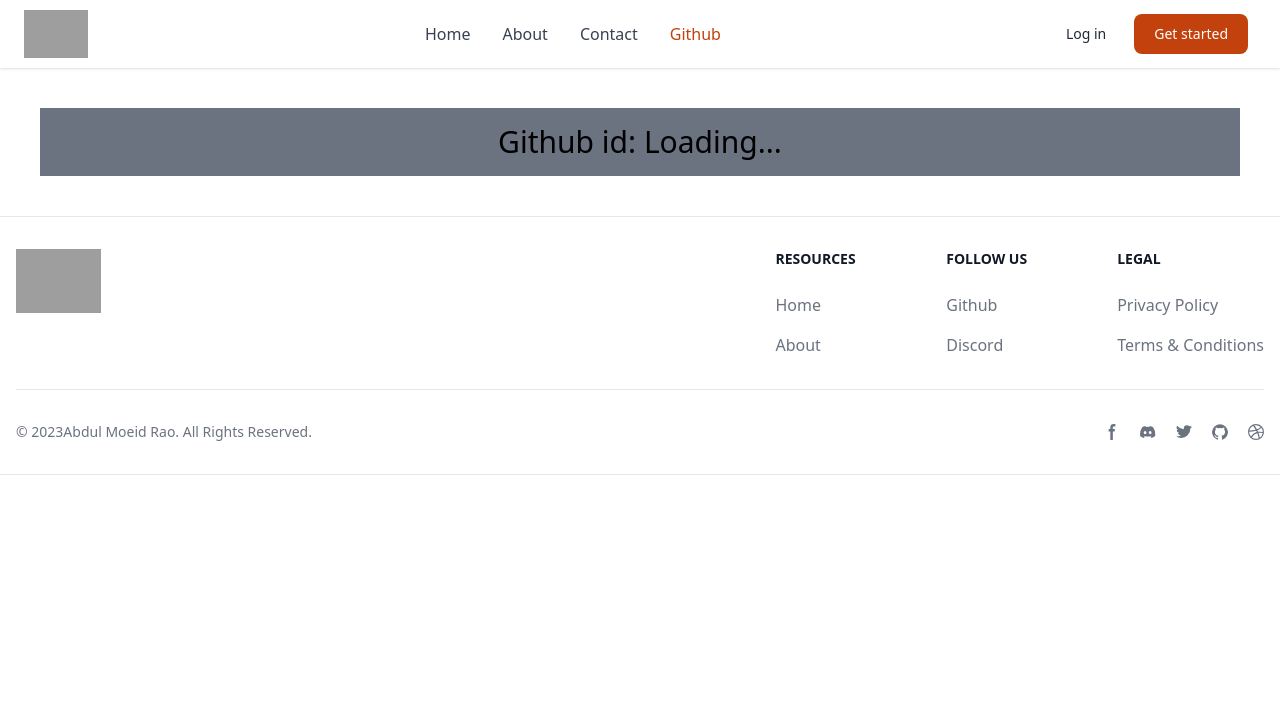
Repository: Abdul-Moeid-Rao/React-Projects
Page: /github (app in 07routerproject/)
These files come from the project's save history. The page is drawn as it stood at one moment and after the next save; the edit follows.
The browser window is 1280 px wide. The pictures show the whole page.
Pictures or frames that could not be fetched are drawn as grey boxes. The page's requests for data from a server got no answer. The project was rebuilt for these pictures with package versions that can differ from the ones it lists, and the page was loaded fresh each time. No one was signed in, and anything a server would have sent is missing. Also part of the build but not shown: 07routerproject/vite.config.js, 07routerproject/src/Components/Home/Home.jsx, 07routerproject/src/Components/About/About.jsx, 07routerproject/src/Components/Contact/Contact.jsx, 07routerproject/src/Components/User/User.jsx.

Above is the page before, as saved 2024-07-18 22:19:42.

### 07routerproject/src/main.jsx
import React from 'react'
import ReactDOM from 'react-dom/client'
import App from './App.jsx'
import './index.css'
import { createBrowserRouter, RouterProvider } from 'react-router-dom'
import Home from './Components/Home/Home.jsx'
import About from './Components/About/About.jsx'
import Contact from './Components/Contact/Contact.jsx'
import User from './Components/User/User.jsx'
import Github from './Components/Github/Github.jsx'

const router = createBrowserRouter([
  {
    path: '/',
    element: <App />,
    children: [
      {
        path: '',
        element: <Home />
      },
      {
        path: 'about',
        element: <About />
      },
      {
        path: 'contact',
        element: <Contact />
      },
      {
        path: 'user/:id',
        element: <User />
      },
      {
        path: '/github',
        element: <Github />
      }
    ]
  }
])

// const router = createBrowserRouter(
//   createRoutesFromElements(
//     <Router path ='/' element={<App />}>
//       <Router path='' element={<Home /> } />
//       <Router path='about' element={<About /> } />
//       <Router path='contact' element={<Contact /> } />

//     </Router>
//   )
// )

ReactDOM.createRoot(document.getElementById('root')).render(
  <React.StrictMode>
   <RouterProvider router={router}/>
  </React.StrictMode>,
)

### 07routerproject/src/App.jsx
// eslint-disable-next-line no-unused-vars
import React from 'react'
import Header from './Components/Header/Header'
import Footer from './Components/Footer/Footer'
import { Outlet } from 'react-router-dom'

function App() {


  return (
    <>
       <Header />
       <Outlet />
       <Footer />

    </>
  )
}

export default App

### 07routerproject/src/Components/Github/Github.jsx
// eslint-disable-next-line no-unused-vars
import React, { useEffect, useState } from 'react'

function Github() {
    const [data, setData] = useState([])
    useEffect (()=>{
         fetch('https://api.github.com/users/Abdul-Moeid-Rao')
         .then(response => response.json())
         .then(data => {
            setData(data)
         })
    }, [])
    return (
        <div className=' bg-gray-500 p-4 m-10 justify-center text-center text-3xl'>Github id: {data.id !== undefined ? data.id : 'Loading...'}
        </div>
    )
}

export default Github

### 07routerproject/src/Components/Header/Header.jsx
// eslint-disable-next-line no-unused-vars
import React from 'react'
import {Link, NavLink} from 'react-router-dom'

export default function Header() {
    return (
        <header className="shadow sticky z-50 top-0">
            <nav className="bg-white border-gray-200 px-4 lg:px-6 py-2.5">
                <div className="flex flex-wrap justify-between items-center mx-auto max-w-screen-xl">
                    <Link to="/" className="flex items-center">
                        <img
                            src="https://alexharkness.com/wp-content/uploads/2020/06/logo-2.png"
                            className="mr-3 h-12"
                            alt="Logo"
                        />
                    </Link>
                    <div className="flex items-center lg:order-2">
                        <Link
                            to="#"
                            className="text-gray-800 hover:bg-gray-50 focus:ring-4 focus:ring-gray-300 font-medium rounded-lg text-sm px-4 lg:px-5 py-2 lg:py-2.5 mr-2 focus:outline-none"
                        >
                            Log in
                        </Link>
                        <Link
                            to="#"
                            className="text-white bg-orange-700 hover:bg-orange-800 focus:ring-4 focus:ring-orange-300 font-medium rounded-lg text-sm px-4 lg:px-5 py-2 lg:py-2.5 mr-2 focus:outline-none"
                        >
                            Get started
                        </Link>
                    </div>
                    <div
                        className="hidden justify-between items-center w-full lg:flex lg:w-auto lg:order-1"
                        id="mobile-menu-2"
                    >
                        <ul className="flex flex-col mt-4 font-medium lg:flex-row lg:space-x-8 lg:mt-0">
                            <li>
                                <NavLink
                                    to="/"
                                    className={({ isActive }) =>
                                        `block py-2 pr-4 pl-3 duration-200
                                        ${isActive ?
                                            "text-orange-700" :
                                            "text-gray-700"
                                        } border-b border-gray-100 hover:bg-gray-50 lg:hover:bg-transparent lg:border-0 hover:text-orange-700 lg:p-0`
                                    }
                                >
                                    Home
                                </NavLink>
                            </li>
                            <li>
                                <NavLink
                                    to="/about"
                                    className={({ isActive }) =>
                                        `block py-2 pr-4 pl-3 duration-200
                                        ${isActive ?
                                            "text-orange-700" :
                                            "text-gray-700"
                                        } border-b border-gray-100 hover:bg-gray-50 lg:hover:bg-transparent lg:border-0 hover:text-orange-700 lg:p-0`
                                    }
                                >
                                    About
                                </NavLink>
                            </li>
                            <li>
                                <NavLink
                                    to="/contact"
                                    className={({ isActive }) =>
                                        `block py-2 pr-4 pl-3 duration-200
                                        ${isActive ?
                                            "text-orange-700" :
                                            "text-gray-700"
                                        } border-b border-gray-100 hover:bg-gray-50 lg:hover:bg-transparent lg:border-0 hover:text-orange-700 lg:p-0`
                                    }
                                >
                                    Contact
                                </NavLink>
                            </li>
                            <li>
                                <NavLink
                                    to="/github"
                                    className={({ isActive }) =>
                                        `block py-2 pr-4 pl-3 duration-200
                                        ${isActive ?
                                            "text-orange-700" :
                                            "text-gray-700"
                                        } border-b border-gray-100 hover:bg-gray-50 lg:hover:bg-transparent lg:border-0 hover:text-orange-700 lg:p-0`
                                    }
                                >
                                    Github
                                </NavLink>
                            </li>
                        </ul>
                    </div>
                </div>
            </nav>
        </header>
    );
}

### 07routerproject/src/Components/Footer/Footer.jsx
// eslint-disable-next-line no-unused-vars
import React from 'react'
import {Link} from 'react-router-dom'

export default function Footer() {
    return (
        <footer className="bg-white border-y">
            <div className="mx-auto w-full max-w-screen-xl p-4 py-6 lg:py-8">
                <div className="md:flex md:justify-between">
                    <div className="mb-6 md:mb-0">
                        <Link to="/" className="flex items-center">
                            <img
                                src="https://alexharkness.com/wp-content/uploads/2020/06/logo-2.png"
                                className="mr-3 h-16"
                                alt="Logo"
                            />
                        </Link>
                    </div>
                    <div className="grid grid-cols-2 gap-8 sm:gap-6 sm:grid-cols-3">
                        <div>
                            <h2 className="mb-6 text-sm font-semibold text-gray-900 uppercase">Resources</h2>
                            <ul className="text-gray-500 font-medium">
                                <li className="mb-4">
                                    <Link to="/" className="hover:underline">
                                        Home
                                    </Link>
                                </li>
                                <li>
                                    <Link to="/about" className="hover:underline">
                                        About
                                    </Link>
                                </li>
                            </ul>
                        </div>
                        <div>
                            <h2 className="mb-6 text-sm font-semibold text-gray-900 uppercase">Follow us</h2>
                            <ul className="text-gray-500 font-medium">
                                <li className="mb-4">
                                    <a
                                        href="https://github.com/hiteshchoudhary"
                                        className="hover:underline"
                                        target="_blank"
                                        rel="noreferrer"
                                    >
                                        Github
                                    </a>
                                </li>
                                <li>
                                    <Link to="/" className="hover:underline">
                                        Discord
                                    </Link>
                                </li>
                            </ul>
                        </div>
                        <div>
                            <h2 className="mb-6 text-sm font-semibold text-gray-900 uppercase">Legal</h2>
                            <ul className="text-gray-500 font-medium">
                                <li className="mb-4">
                                    <Link to="#" className="hover:underline">
                                        Privacy Policy
                                    </Link>
                                </li>
                                <li>
                                    <Link to="#" className="hover:underline">
                                        Terms &amp; Conditions
                                    </Link>
                                </li>
                            </ul>
                        </div>
                    </div>
                </div>
                <hr className="my-6 border-gray-200 sm:mx-auto lg:my-8" />
                <div className="sm:flex sm:items-center sm:justify-between">
                    <span className="text-sm text-gray-500 sm:text-center">
                        © 2023
                        <a href="https://abdulmoeidrao.com/" className="hover:underline">
                            Abdul Moeid Rao
                        </a>
                        . All Rights Reserved.
                    </span>
                    <div className="flex mt-4 space-x-5 sm:justify-center sm:mt-0">
                        <Link to="#" className="text-gray-500 hover:text-gray-900">
                            <svg
                                className="w-4 h-4"
                                aria-hidden="true"
                                xmlns="http://www.w3.org/2000/svg"
                                fill="currentColor"
                                viewBox="0 0 8 19"
                            >
                                <path
                                    fillRule="evenodd"
                                    d="M6.135 3H8V0H6.135a4.147 4.147 0 0 0-4.142 4.142V6H0v3h2v9.938h3V9h2.021l.592-3H5V3.591A.6.6 0 0 1 5.592 3h.543Z"
                                    clipRule="evenodd"
                                />
                            </svg>
                            <span className="sr-only">Facebook page</span>
                        </Link>
                        <Link to="#" className="text-gray-500">
                            <svg
                                className="w-4 h-4"
                                aria-hidden="true"
                                xmlns="http://www.w3.org/2000/svg"
                                fill="currentColor"
                                viewBox="0 0 21 16"
                            >
                                <path d="M16.942 1.556a16.3 16.3 0 0 0-4.126-1.3 12.04 12.04 0 0 0-.529 1.1 15.175 15.175 0 0 0-4.573 0 11.585 11.585 0 0 0-.535-1.1 16.274 16.274 0 0 0-4.129 1.3A17.392 17.392 0 0 0 .182 13.218a15.785 15.785 0 0 0 4.963 2.521c.41-.564.773-1.16 1.084-1.785a10.63 10.63 0 0 1-1.706-.83c.143-.106.283-.217.418-.33a11.664 11.664 0 0 0 10.118 0c.137.113.277.224.418.33-.544.328-1.116.606-1.71.832a12.52 12.52 0 0 0 1.084 1.785 16.46 16.46 0 0 0 5.064-2.595 17.286 17.286 0 0 0-2.973-11.59ZM6.678 10.813a1.941 1.941 0 0 1-1.8-2.045 1.93 1.93 0 0 1 1.8-2.047 1.919 1.919 0 0 1 1.8 2.047 1.93 1.93 0 0 1-1.8 2.045Zm6.644 0a1.94 1.94 0 0 1-1.8-2.045 1.93 1.93 0 0 1 1.8-2.047 1.918 1.918 0 0 1 1.8 2.047 1.93 1.93 0 0 1-1.8 2.045Z" />
                            </svg>
                            <span className="sr-only">Discord community</span>
                        </Link>
                        <Link to="#" className="text-gray-500">
                            <svg
                                className="w-4 h-4"
                                aria-hidden="true"
                                xmlns="http://www.w3.org/2000/svg"
                                fill="currentColor"
                                viewBox="0 0 20 17"
                            >
                                <path
                                    fillRule="evenodd"
                                    d="M20 1.892a8.178 8.178 0 0 1-2.355.635 4.074 4.074 0 0 0 1.8-2.235 8.344 8.344 0 0 1-2.605.98A4.13 4.13 0 0 0 13.85 0a4.068 4.068 0 0 0-4.1 4.038 4 4 0 0 0 .105.919A11.705 11.705 0 0 1 1.4.734a4.006 4.006 0 0 0 1.268 5.392 4.165 4.165 0 0 1-1.859-.5v.05A4.057 4.057 0 0 0 4.1 9.635a4.19 4.19 0 0 1-1.856.07 4.108 4.108 0 0 0 3.831 2.807A8.36 8.36 0 0 1 0 14.184 11.732 11.732 0 0 0 6.291 16 11.502 11.502 0 0 0 17.964 4.5c0-.177 0-.35-.012-.523A8.143 8.143 0 0 0 20 1.892Z"
                                    clipRule="evenodd"
                                />
                            </svg>
                            <span className="sr-only">Twitter page</span>
                        </Link>
                        <Link to="#" className="text-gray-500">
                            <svg
                                className="w-4 h-4"
                                aria-hidden="true"
                                xmlns="http://www.w3.org/2000/svg"
                                fill="currentColor"
                                viewBox="0 0 20 20"
                            >
                                <path
                                    fillRule="evenodd"
                                    d="M10 .333A9.911 9.911 0 0 0 6.866 19.65c.5.092.678-.215.678-.477 0-.237-.01-1.017-.014-1.845-2.757.6-3.338-1.169-3.338-1.169a2.627 2.627 0 0 0-1.1-1.451c-.9-.615.07-.6.07-.6a2.084 2.084 0 0 1 1.518 1.021 2.11 2.11 0 0 0 2.884.823c.044-.503.268-.973.63-1.325-2.2-.25-4.516-1.1-4.516-4.9A3.832 3.832 0 0 1 4.7 7.068a3.56 3.56 0 0 1 .095-2.623s.832-.266 2.726 1.016a9.409 9.409 0 0 1 4.962 0c1.89-1.282 2.717-1.016 2.717-1.016.366.83.402 1.768.1 2.623a3.827 3.827 0 0 1 1.02 2.659c0 3.807-2.319 4.644-4.525 4.889a2.366 2.366 0 0 1 .673 1.834c0 1.326-.012 2.394-.012 2.72 0 .263.18.572.681.475A9.911 9.911 0 0 0 10 .333Z"
                                    clipRule="evenodd"
                                />
                            </svg>
                            <span className="sr-only">GitHub account</span>
                        </Link>
                        <Link to="#" className="text-gray-500">
                            <svg
                                className="w-4 h-4"
                                aria-hidden="true"
                                xmlns="http://www.w3.org/2000/svg"
                                fill="currentColor"
                                viewBox="0 0 20 20"
                            >
                                <path
                                    fillRule="evenodd"
                                    d="M10 0a10 10 0 1 0 10 10A10.009 10.009 0 0 0 10 0Zm6.613 4.614a8.523 8.523 0 0 1 1.93 5.32 20.094 20.094 0 0 0-5.949-.274c-.059-.149-.122-.292-.184-.441a23.879 23.879 0 0 0-.566-1.239 11.41 11.41 0 0 0 4.769-3.366ZM8 1.707a8.821 8.821 0 0 1 2-.238 8.5 8.5 0 0 1 5.664 2.152 9.608 9.608 0 0 1-4.476 3.087A45.758 45.758 0 0 0 8 1.707ZM1.642 8.262a8.57 8.57 0 0 1 4.73-5.981A53.998 53.998 0 0 1 9.54 7.222a32.078 32.078 0 0 1-7.9 1.04h.002Zm2.01 7.46a8.51 8.51 0 0 1-2.2-5.707v-.262a31.64 31.64 0 0 0 8.777-1.219c.243.477.477.964.692 1.449-.114.032-.227.067-.336.1a13.569 13.569 0 0 0-6.942 5.636l.009.003ZM10 18.556a8.508 8.508 0 0 1-5.243-1.8 11.717 11.717 0 0 1 6.7-5.332.509.509 0 0 1 .055-.02 35.65 35.65 0 0 1 1.819 6.476 8.476 8.476 0 0 1-3.331.676Zm4.772-1.462A37.232 37.232 0 0 0 13.113 11a12.513 12.513 0 0 1 5.321.364 8.56 8.56 0 0 1-3.66 5.73h-.002Z"
                                    clipRule="evenodd"
                                />
                            </svg>
                            <span className="sr-only">Dribbble account</span>
                        </Link>
                    </div>
                </div>
            </div>
        </footer>
    );
}

Loaded but not shown: 07routerproject/index.html (common file); 07routerproject/src/index.css (common file); 07routerproject/tailwind.config.js (common file)

After the next save:
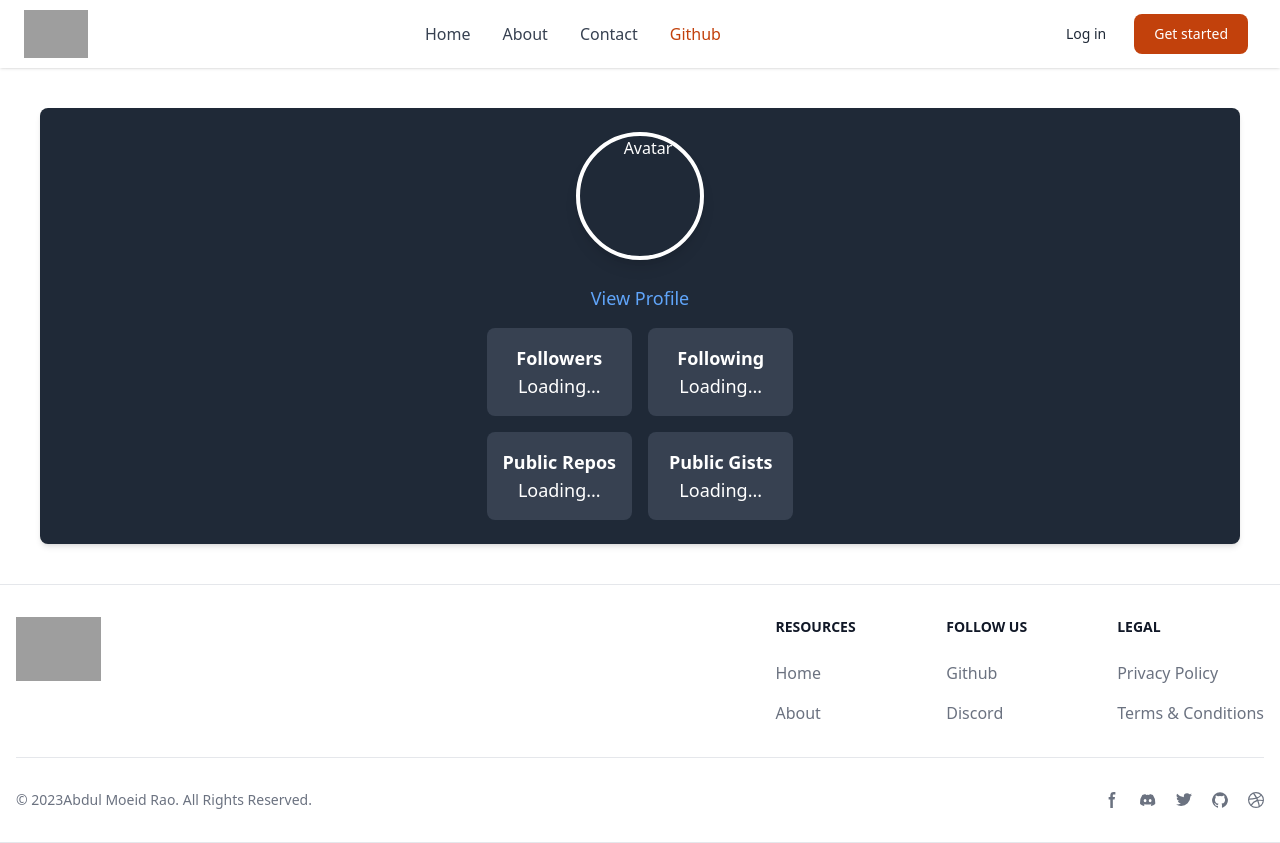
Saved 109 s later.
--- a/07routerproject/src/Components/Github/Github.jsx
+++ b/07routerproject/src/Components/Github/Github.jsx
@@ -2,16 +2,49 @@
 import React, { useEffect, useState } from 'react'
 
 function Github() {
-    const [data, setData] = useState([])
-    useEffect (()=>{
-         fetch('https://api.github.com/users/Abdul-Moeid-Rao')
-         .then(response => response.json())
-         .then(data => {
-            setData(data)
-         })
+    const [data, setData] = useState({})
+
+    useEffect(() => {
+        fetch('https://api.github.com/users/Abdul-Moeid-Rao')
+            .then(response => response.json())
+            .then(data => {
+                setData(data)
+            })
     }, [])
+
     return (
-        <div className=' bg-gray-500 p-4 m-10 justify-center text-center text-3xl'>Github id: {data.id !== undefined ? data.id : 'Loading...'}
+        <div className='bg-gray-800 p-6 m-10 rounded-lg shadow-md text-white text-center'>
+            <div className='flex flex-col items-center'>
+                <img
+                    src={data.avatar_url}
+                    alt='Avatar'
+                    className='w-32 h-32 rounded-full border-4 border-white shadow-lg mb-4'
+                />
+                <h1 className='text-4xl font-bold mb-2'>{data.login}</h1>
+                <p className='text-lg mb-4'>
+                    <a href={data.html_url} target='_blank' rel='noopener noreferrer' className='text-blue-400 hover:underline'>
+                        View Profile
+                    </a>
+                </p>
+                <div className='grid grid-cols-2 gap-4 text-lg'>
+                    <div className='bg-gray-700 p-4 rounded-lg'>
+                        <p className='font-semibold'>Followers</p>
+                        <p>{data.followers !== undefined ? data.followers : 'Loading...'}</p>
+                    </div>
+                    <div className='bg-gray-700 p-4 rounded-lg'>
+                        <p className='font-semibold'>Following</p>
+                        <p>{data.following !== undefined ? data.following : 'Loading...'}</p>
+                    </div>
+                    <div className='bg-gray-700 p-4 rounded-lg'>
+                        <p className='font-semibold'>Public Repos</p>
+                        <p>{data.public_repos !== undefined ? data.public_repos : 'Loading...'}</p>
+                    </div>
+                    <div className='bg-gray-700 p-4 rounded-lg'>
+                        <p className='font-semibold'>Public Gists</p>
+                        <p>{data.public_gists !== undefined ? data.public_gists : 'Loading...'}</p>
+                    </div>
+                </div>
+            </div>
         </div>
     )
 }
